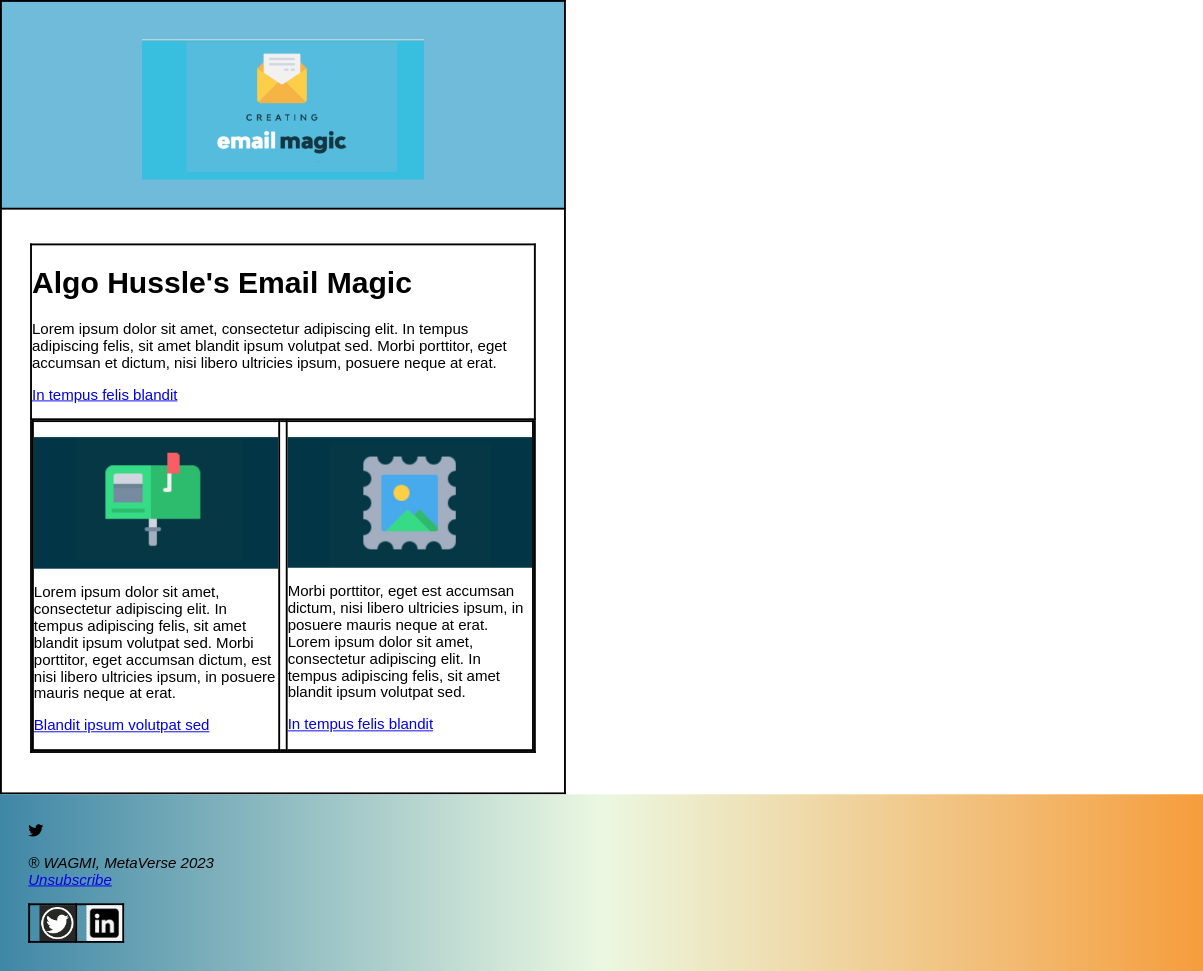
Repository: MikeeBuilds/email-template
Page: index.html
The author's editor kept a copy of each file at every save. The page is drawn from the files as they stood at one save, then again after a run of saves.
The browser window is 1280 px wide. The pictures show the whole page, at 94% of full size.
Some icons come from a web library that is not loaded, so they are not drawn. Some web libraries are served in a nearby version.

Above is the page before, as saved 2022-11-25 13:23:34.

After the next 3 saves:
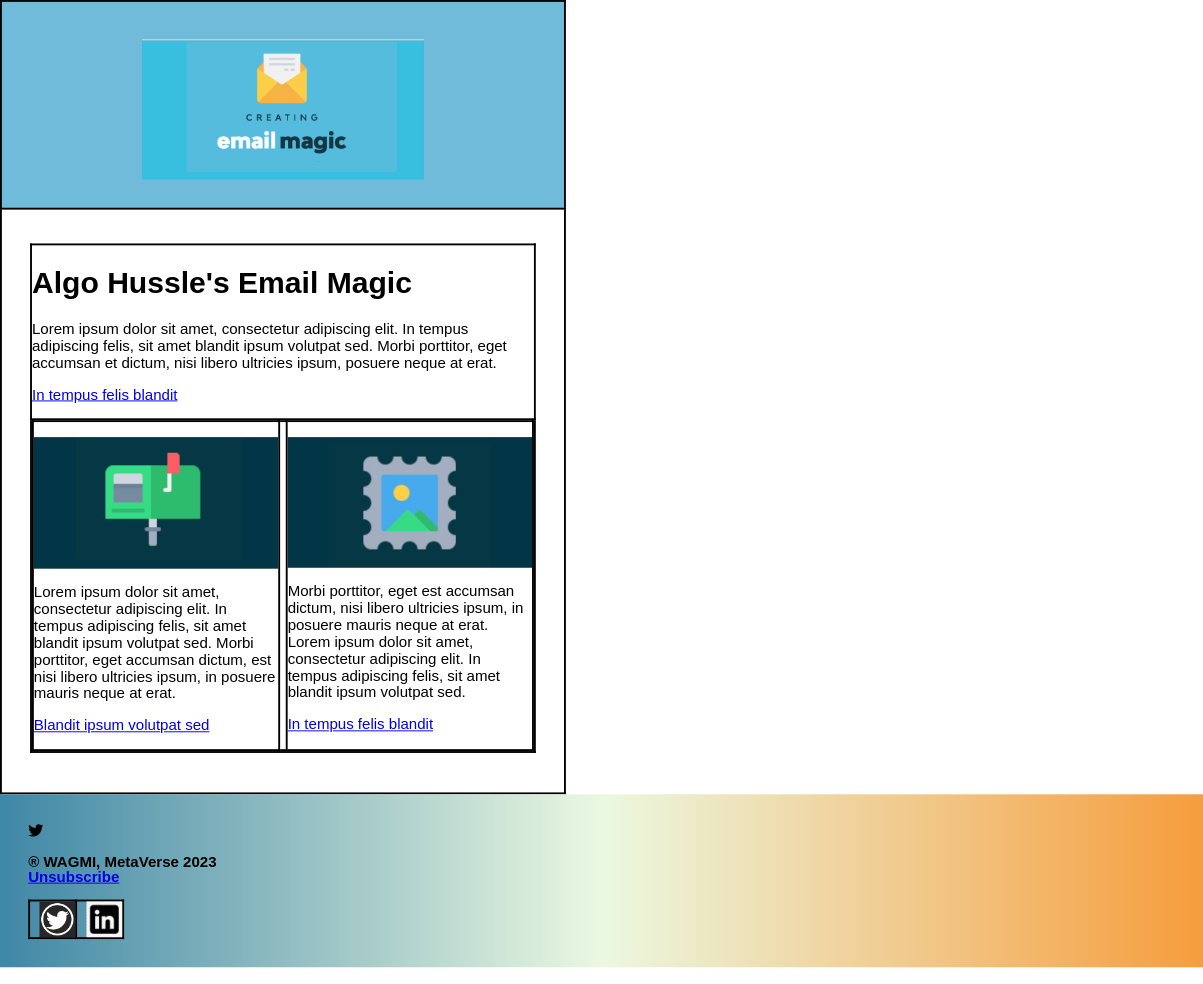
The 3 saves are shown as one change because they came seconds apart.
The last was saved 11 s later.
--- a/index.html
+++ b/index.html
@@ -74,7 +74,7 @@
 
         <footer style="padding: 30px; background: linear-gradient(0.25turn, #3f87a6, #ebf8e1, #f69d3c)";>
             <i class="fa-brands fa-twitter"></i>
-            <i
+            <i class="fa br"""
             <table role="presentation" style="width:100%;border-collapse:collapse;border:0;border-spacing:0;">
                 <tr>
                     <td style="padding:0;width:50%;" align="left">
